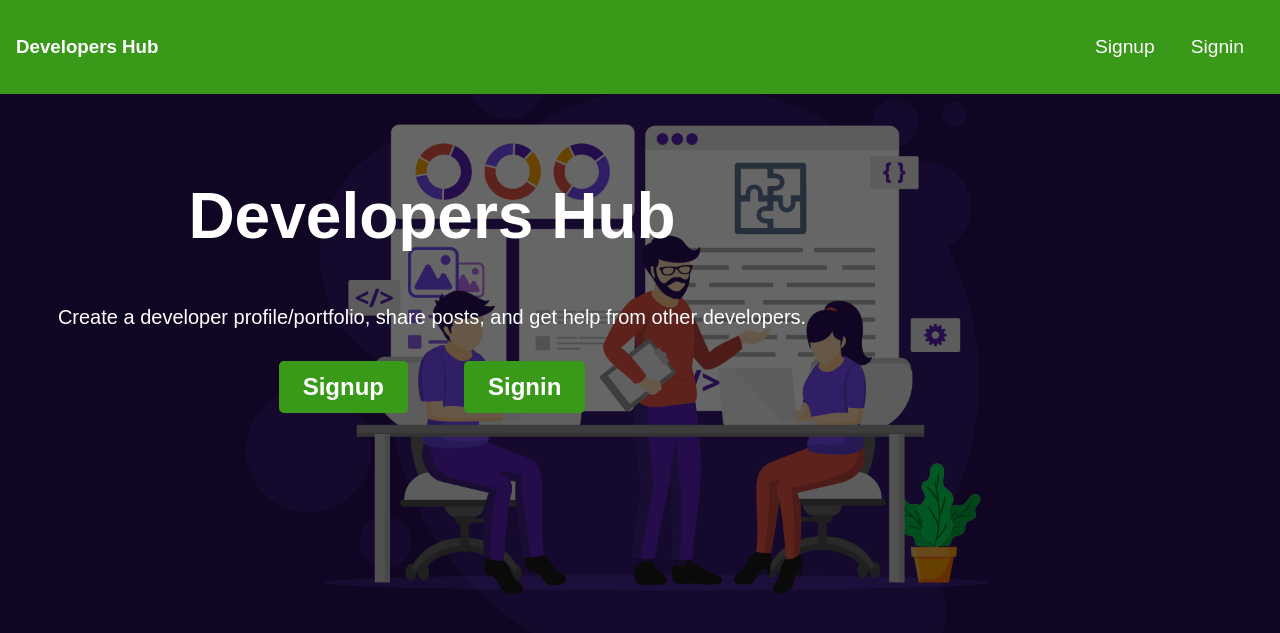
Repository: sayyad-mukthumsa-123/DevMania
Page: / (app in frontend/)
An editor plug-in stored every save of this project. The page is shown before and after the next save, followed by the edit.
The browser window is 1280 px wide. The pictures show the whole page.
The project was rebuilt for these pictures with package versions that can differ from the ones it lists, and the page was loaded fresh each time. Also part of the build but not shown: frontend/src/pages/login.js, frontend/src/pages/register.js, frontend/src/pages/Allprofiles.js, frontend/src/pages/MyProfile.js, frontend/src/pages/Indprofile.js.

Above is the page before, as saved 2025-02-28 23:32:23.

After the next save:
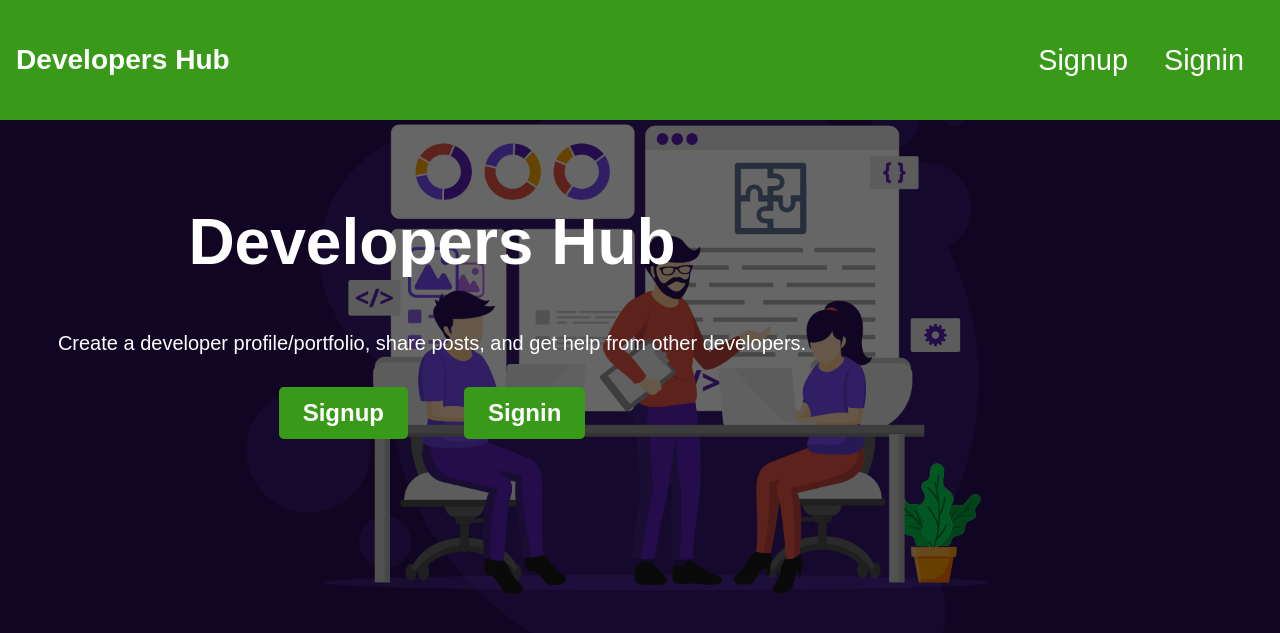
Saved 33 s later.
--- a/frontend/src/styles/styles.css
+++ b/frontend/src/styles/styles.css
@@ -14,6 +14,7 @@ body, html {
   justify-content: space-between;
   align-items: center;
   padding: 1rem;
+  font-size: x-large;
   background-color: #399918
 }
 
